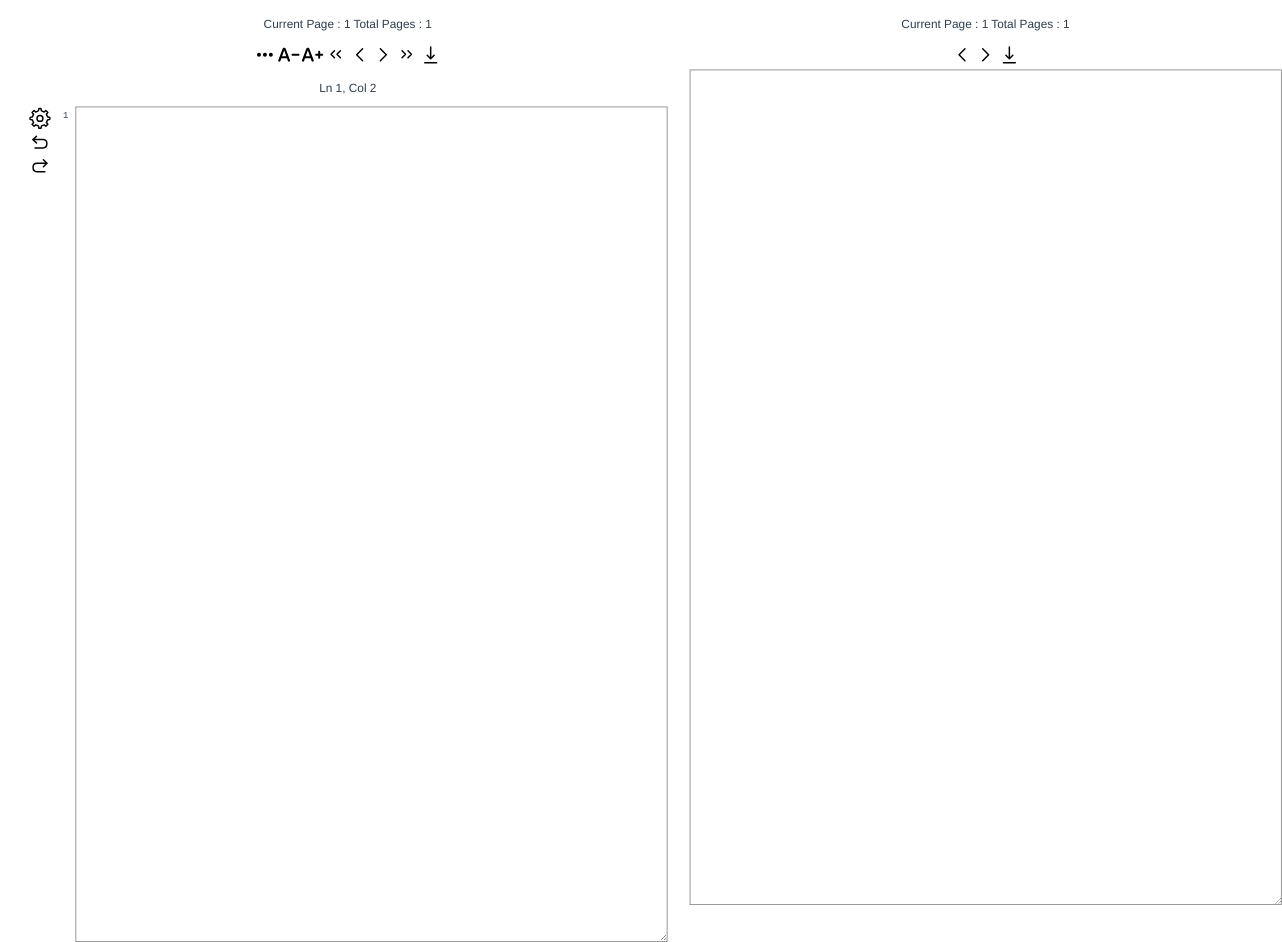
Repository: 321paranoiawhy/online-resume
Page: /
An editor plug-in stored every save of this project. The page is shown before and after the next save, followed by the edit.
The browser window is 1280 px wide. The page is 1732 px wide, so the pictures cover 1732 px, including what lies to the right of the window. The pictures show the whole page, at 74% of full size.
The project was rebuilt for these pictures with package versions that can differ from the ones it lists, and the page was loaded fresh each time. Also part of the build but not shown: vue.config.js, src/components/Header.vue, src/components/Introduction.vue, src/components/Footer.vue.

Above is the page before, as saved 2022-05-29 14:10:36.

After the next save:
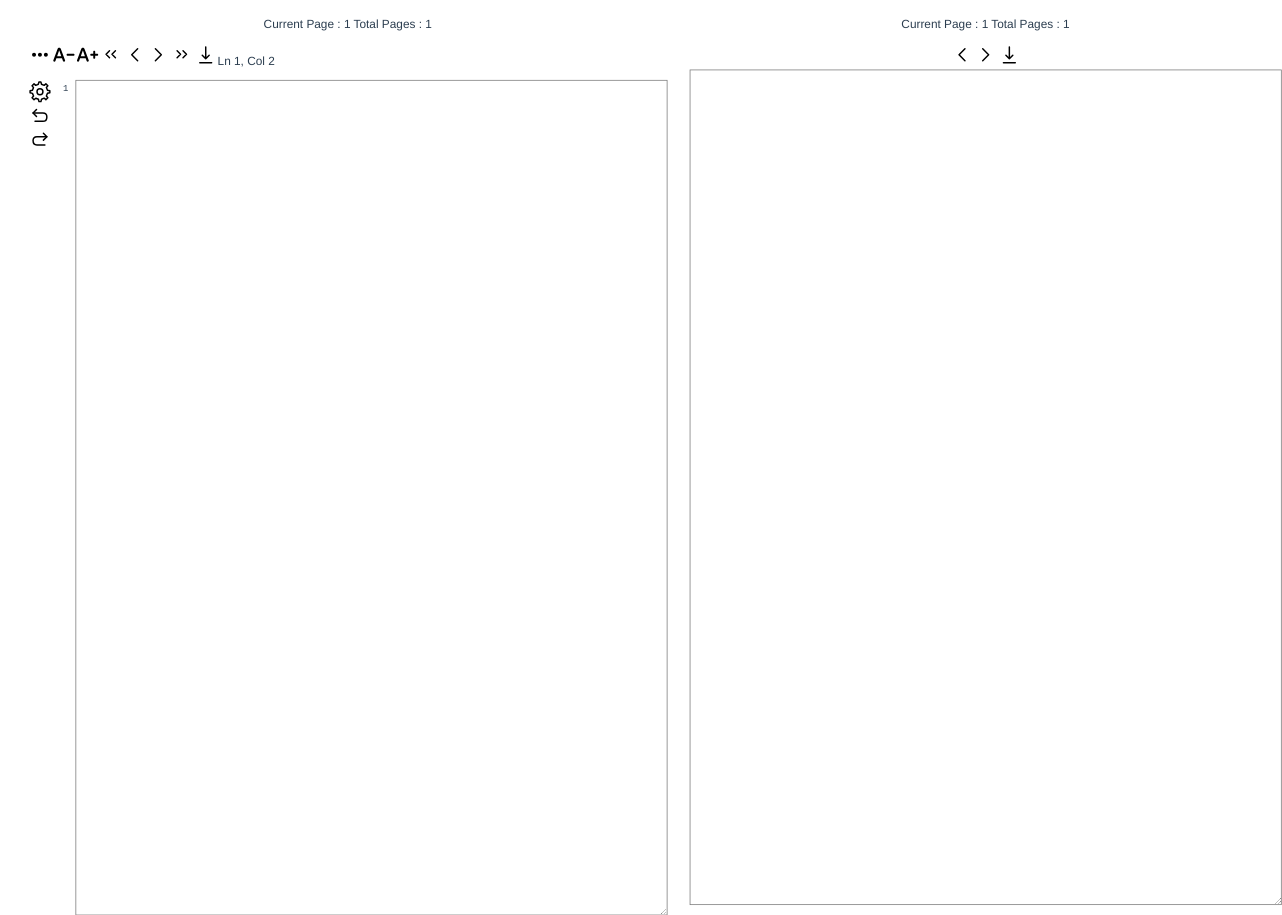
Saved 44 s later.
--- a/src/components/LeftInput.vue
+++ b/src/components/LeftInput.vue
@@ -5,7 +5,7 @@
             {{ totalInputPage }}
         </p>
         <!-- <p>Ln {{ currentLine }}, Col {{ currentColumn }}</p> -->
-        <div>
+        <div class="flex">
             <img
                 v-for="(item, index) in leftInputImage"
                 :key="index"

After the save that followed:
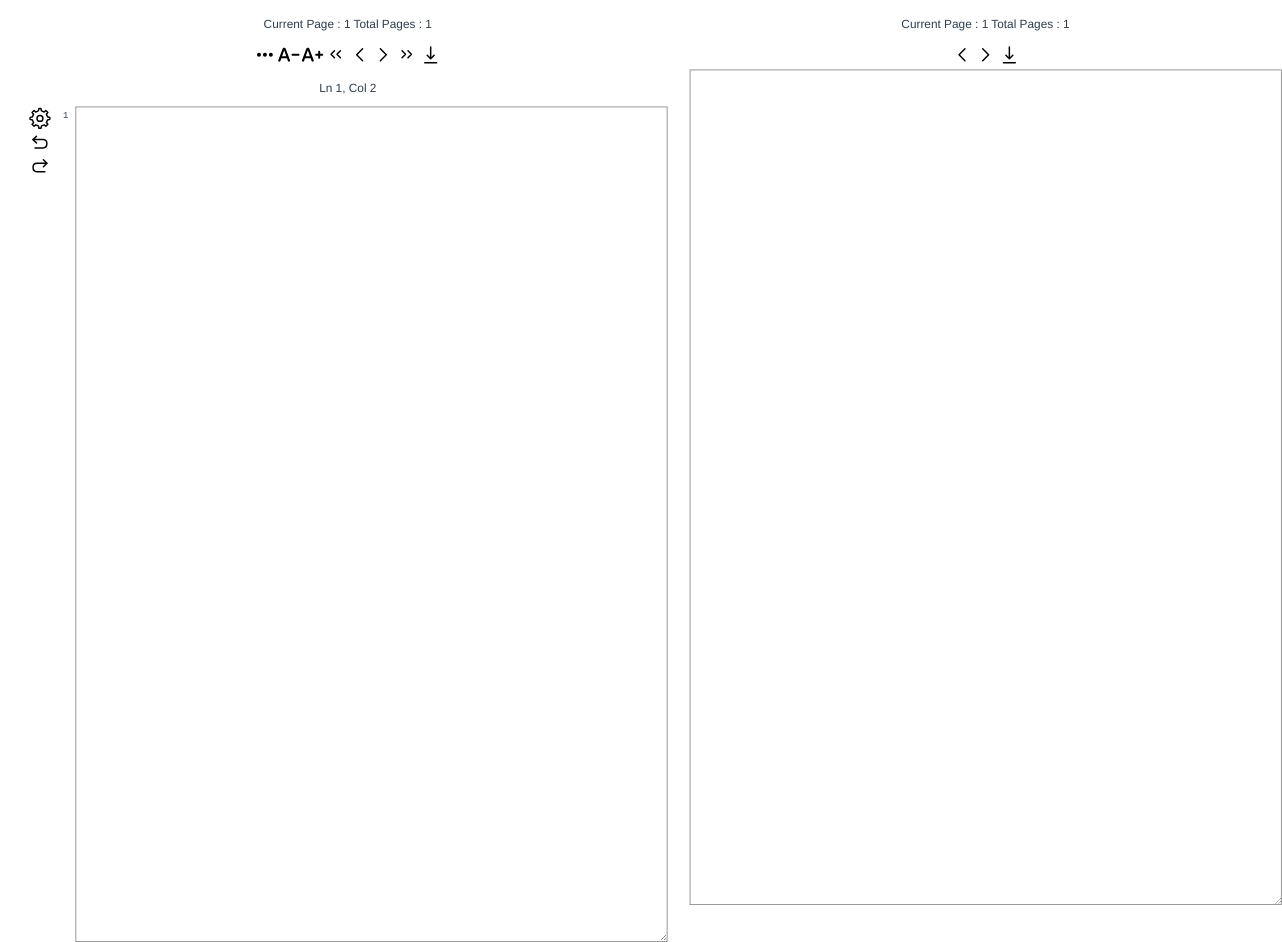
Saved 30 s later.
--- a/src/components/LeftInput.vue
+++ b/src/components/LeftInput.vue
@@ -5,7 +5,7 @@
             {{ totalInputPage }}
         </p>
         <!-- <p>Ln {{ currentLine }}, Col {{ currentColumn }}</p> -->
-        <div class="flex">
+        <div class="top-flex">
             <img
                 v-for="(item, index) in leftInputImage"
                 :key="index"
@@ -102,5 +102,8 @@
         line-height: 18px;
         font-family: monospace;
     }
+    & .div.top-flex {
+        display: flex;
+    }
 }
 </style>
